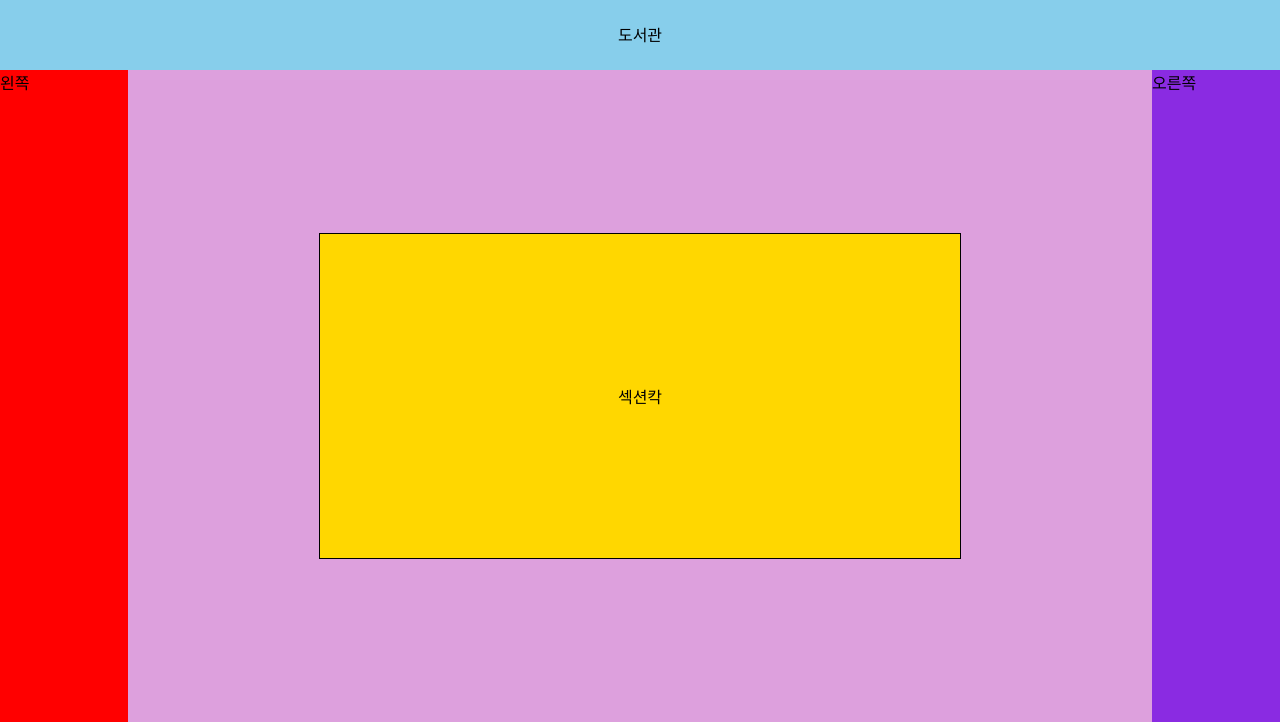
Repository: sojihwan/API_-Multi
Page: / (app in API/)
The author's editor kept a copy of each file at every save. The page is drawn from the files as they stood at one save, then again after the next save.
The browser window is 1280 px wide. The pictures show the whole page.
The project was rebuilt for these pictures with package versions that can differ from the ones it lists, and the page was loaded fresh each time. Also part of the build but not shown: API/src/App.css.

Above is the page before, as saved 2022-05-24 15:17:50.

### API/src/App.js
import "./App.css";
import Layout from "./Layout/Layout";

function App() {
  return (
    <div>
      <Layout />
    </div>
  );
}

export default App;

### API/src/Layout/layout.js
import React from "react";
import "./Layout.css";
import Section from "./Section";

function Layout() {
  return (
    <div className="layout">
      <header>도서관</header>
      <main>
        <aside>왼쪽</aside>
        <Section />
        <aside>오른쪽</aside>
      </main>
    </div>
  );
}

export default Layout;

### API/src/Layout/layout.css
.layout {
  box-sizing: border-box;
}

header {
  width: 100%;
  height: 70px;
  line-height: 70px;
  text-align: center;
  background: skyblue;
}

aside {
  top: 70px;
}

main aside:first-child {
  position: absolute;
  left: 0;
  width: 10%;
  height: 90.6%;
  background: red;
}

main {
  display: flex;
  justify-content: center;
  align-items: center;
  min-height: 90.6vh;
  background: plum;
}

main aside:last-child {
  position: absolute;
  right: 0;
  width: 10%;
  height: 90.6%;
  background: blueviolet;
}

### API/src/Layout/Section.js
import React from "react";
import "../Layout/Section.css";

function Section() {
  return (
    <div className="section">
      <div>섹션칵</div>
    </div>
  );
}

export default Section;

### API/src/Layout/Section.css
.section {
  border: 1px solid black;
  width: 50%;
  padding: 150px 0;
  background: gold;
  text-align: center;

}

Loaded but not shown: API/public/index.html (common file); API/src/index.js (common file); API/src/index.css (common file); API/src/reportWebVitals.js (common file)

After the next save:
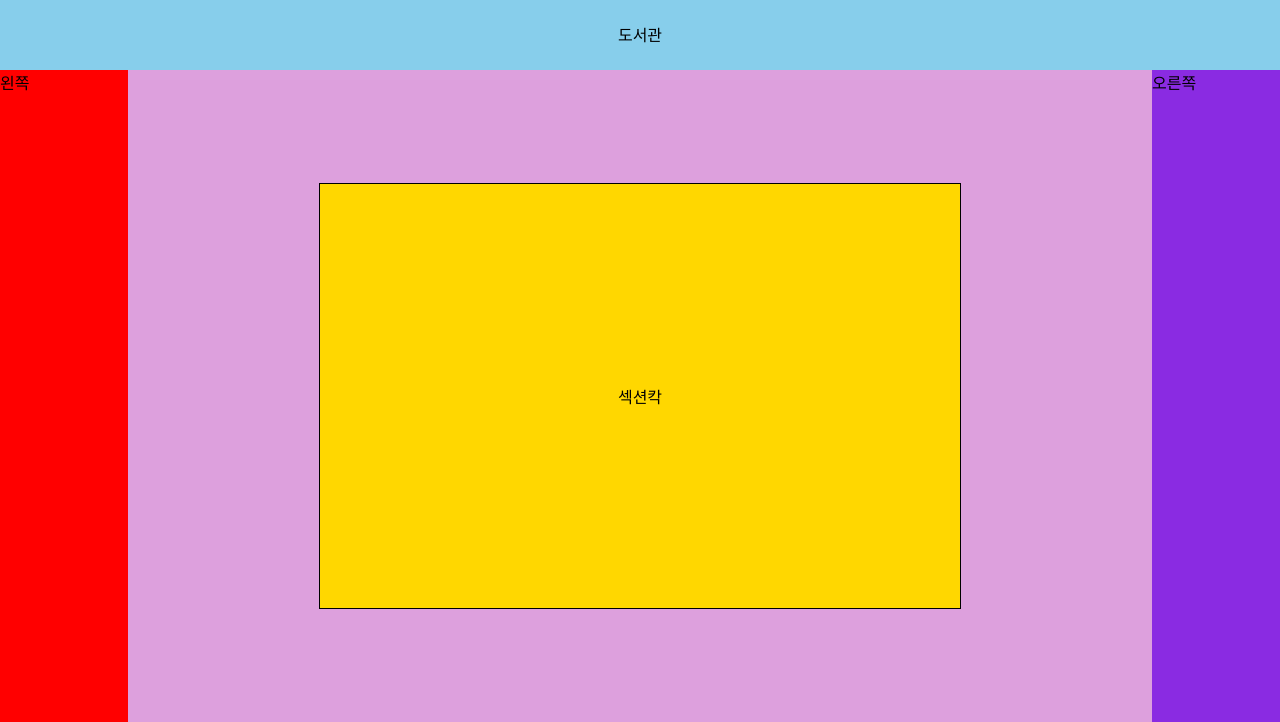
Saved 3 s later.
--- a/API/src/Layout/Section.css
+++ b/API/src/Layout/Section.css
@@ -1,7 +1,7 @@
 .section {
   border: 1px solid black;
   width: 50%;
-  padding: 150px 0;
+  padding: 200px 0;
   background: gold;
   text-align: center;
 
